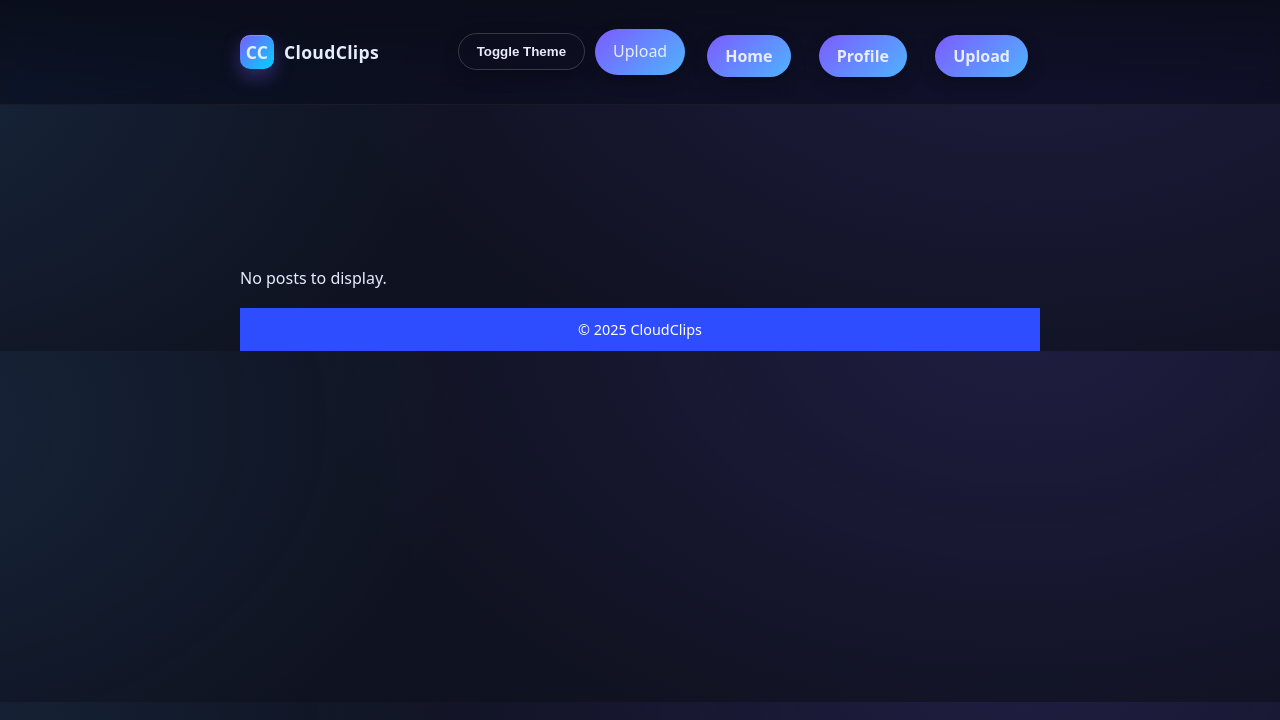
Repository: burhannaseer/CloudClips
Page: index.html
The author's editor kept a copy of each file at every save. The page is drawn from the files as they stood at one save, then again after the next save.
The browser window is 1280 px wide. The pictures show the whole page.

Above is the page before, as saved 2025-08-14 13:45:27.

After the next save:
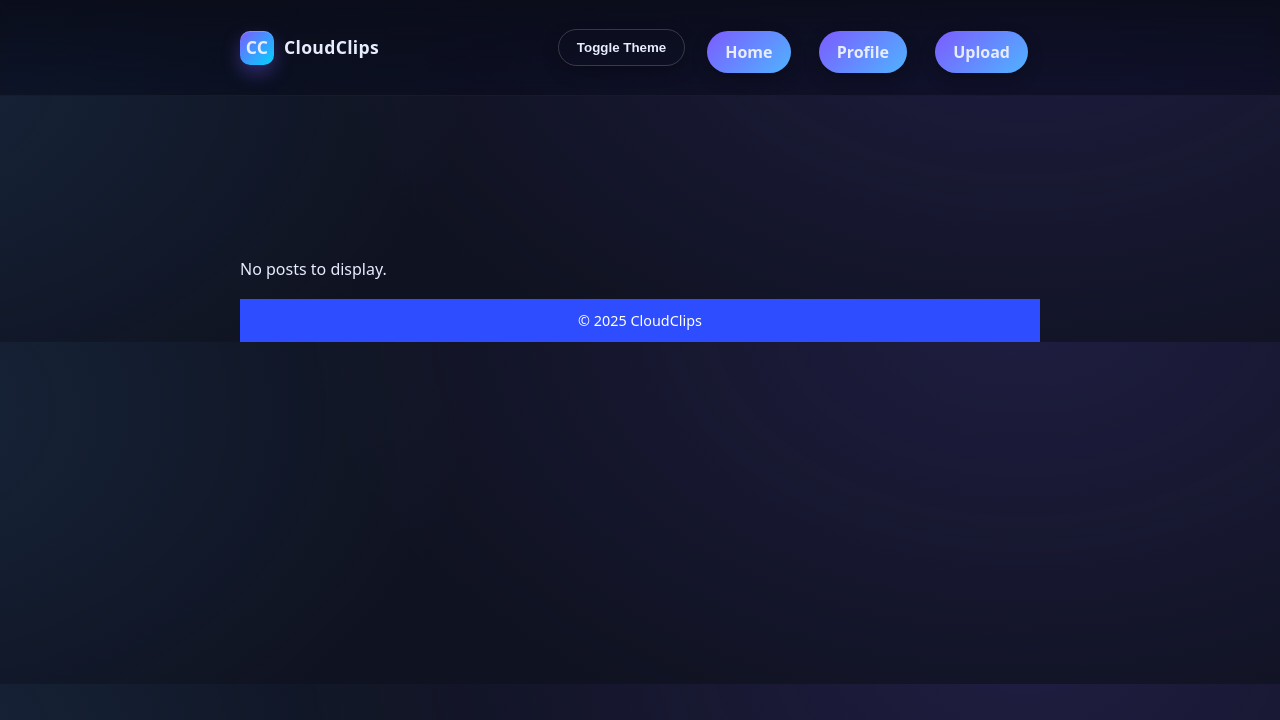
Saved 9 s later.
--- a/index.html
+++ b/index.html
@@ -15,7 +15,7 @@
     </a>
     <div class="nav-actions">
       <button class="theme-toggle btn btn-outline btn-pill" type="button">Toggle Theme</button>
-      <a class="btn btn-primary btn-pill" href="upload.html">Upload</a>
+      <!-- <a class="btn btn-primary btn-pill" href="upload.html">Upload</a> -->
       <nav>
         <a class="btn btn-primary btn-pill" href="index.html">Home</a>
         <a class="btn btn-primary btn-pill" href="profile.html">Profile</a>
